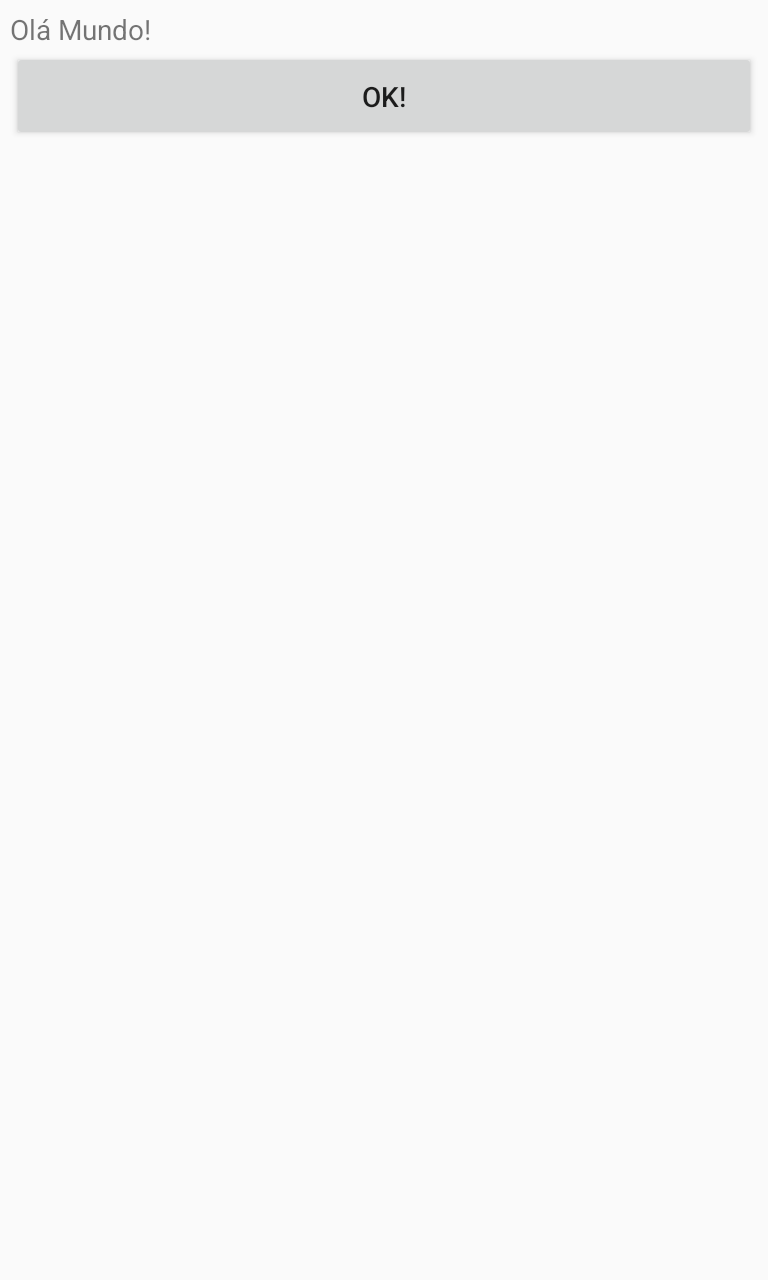
Repository: KaioWeb1/app-minhaCidade
Layout: OlaMundo/res/layout/principal.xml
An editor plug-in stored every save of this project. The layout is shown before and after the next save, followed by the edit.
It is drawn on a 768 x 1280 px phone screen (xhdpi) without system bars, with theme AppTheme; the app's code is not run.

Above is the layout before, as saved 2014-09-05 15:00:38.

### OlaMundo/res/layout/principal.xml
<LinearLayout xmlns:android="http://schemas.android.com/apk/res/android"
    xmlns:tools="http://schemas.android.com/tools"
    android:layout_width="match_parent"
    android:layout_height="match_parent"
  	 android:padding="5dp"
    tools:context="br.com.example.olamundo.OlaMundoActivity"
    android:orientation="vertical">

    <TextView
        android:layout_width="wrap_content"
        android:layout_height="wrap_content"
        android:text="@string/hello_world" />

    <Button
        android:layout_width="match_parent"
        android:layout_height="wrap_content"
        android:text="@string/ok"
        />

</LinearLayout>

### OlaMundo/res/values/strings.xml
<?xml version="1.0" encoding="utf-8"?>
<resources>

    <string name="app_name">MinhaCidade</string>
    <string name="hello_world">Olá Mundo!</string>
    <string name="action_settings">Configurações</string>
    <string name="ok">OK!</string>


</resources>

Loaded but not shown: OlaMundo/res/values/styles.xml (common file); OlaMundo/res/values-v11/styles.xml (common file); OlaMundo/res/values-v14/styles.xml (common file)

After the next save:
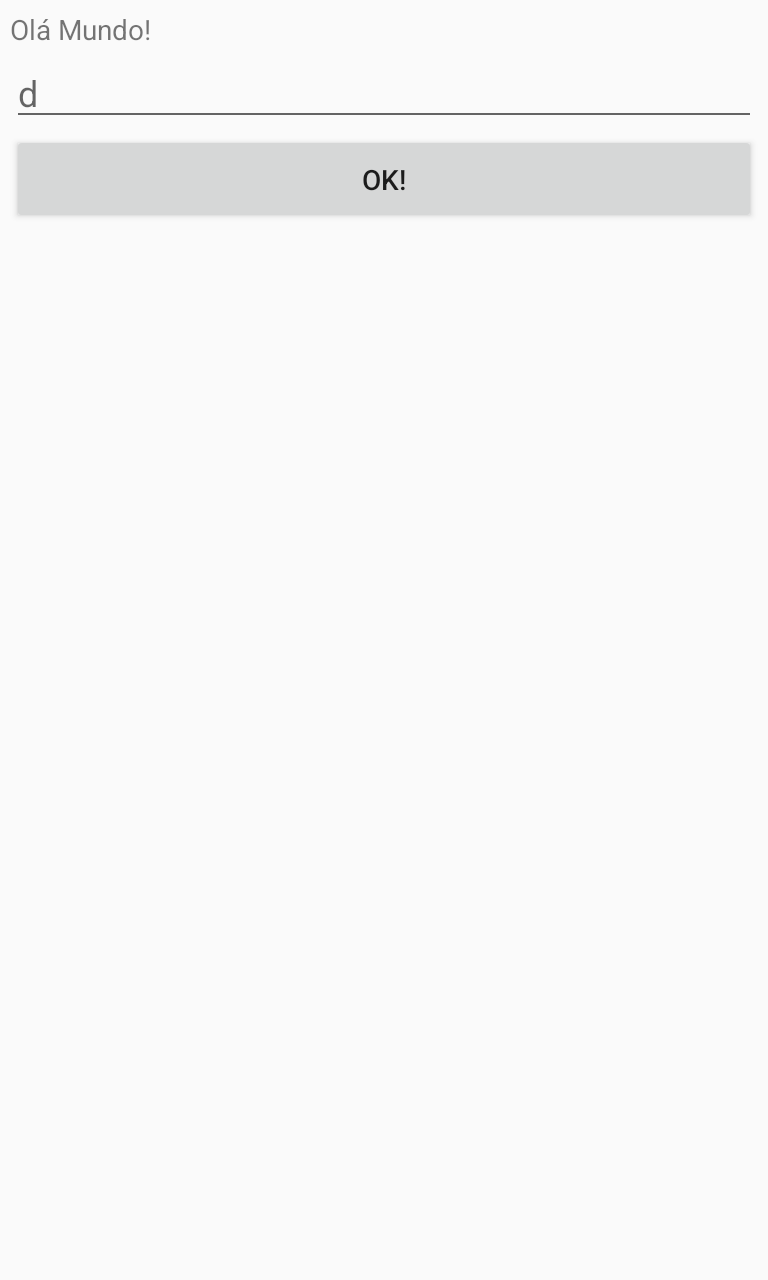
Saved 69 s later.
--- a/OlaMundo/res/layout/principal.xml
+++ b/OlaMundo/res/layout/principal.xml
@@ -11,10 +11,19 @@
         android:layout_height="wrap_content"
         android:text="@string/hello_world" />
 
+    <EditText
+        android:layout_width="match_parent"
+        android:layout_height="wrap_content"
+        android:inputType="text"
+        android:hint="d"
+        />
+
     <Button
         android:layout_width="match_parent"
         android:layout_height="wrap_content"
         android:text="@string/ok"
         />
 
+
+
 </LinearLayout>
